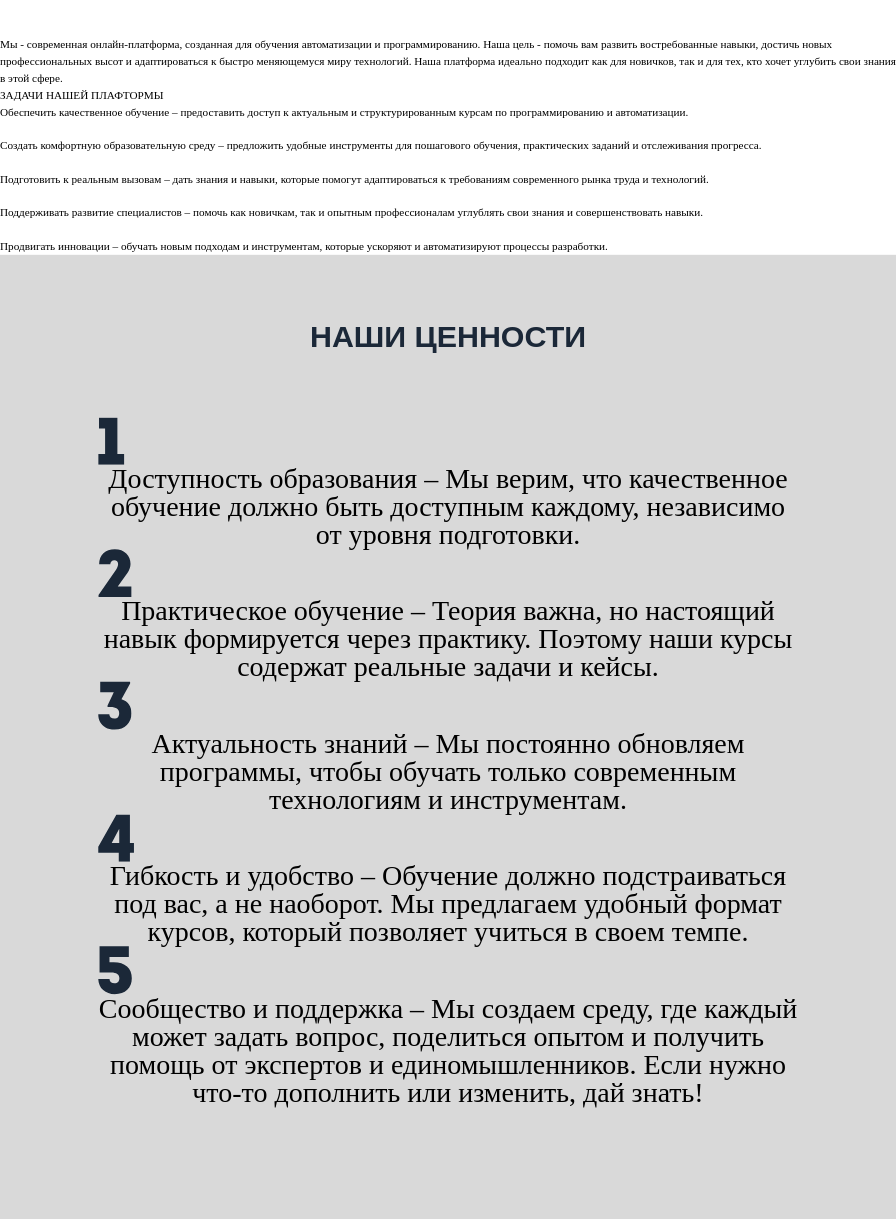
Repository: marjango/course
Page: /aboutus
The author's editor kept a copy of each file at every save. The page is drawn from the files as they stood at one save, then again after the next save.
The browser window is 1280 px wide. The pictures show the part of the page from y = 1280 to 3180 px (the page is 3021 px tall before and 3489 px after), at 70% of full size.
The project was rebuilt for these pictures with package versions that can differ from the ones it lists, and the page was loaded fresh each time. The framework's server and built-in components were replaced by stand-ins that run in the browser. Also part of the build but not shown: next.config.ts.

Above is the page before, as saved 2025-03-26 22:40:57.

### app/layout.tsx
import type { Metadata } from "next";
import "./globals.css";
import './fonts.css';


export const metadata: Metadata = {
  title: "сourse",
  description: "it course",
};

export default function RootLayout({
  children,
}: Readonly<{
  children: React.ReactNode;
}>) {
  return (
    <html lang="en">
      <body

      >
        {children}
      </body>
    </html>
  );
}

### app/aboutus/page.tsx
import React from "react";
import s from "./aboutus.module.css";
import Image from "next/image";
import Link from "next/link";
import i1 from "./img/1.svg";
import i2 from "./img/2.svg";
import i3 from "./img/3.svg";
import i4 from "./img/4.svg";
import i5 from "./img/5.svg";

const aboutus = () => {
  return (
    <>
      <div className={s.aboutus}>
        <div className={s.headerContainer}>
          <Link href="/" className={s.logo}>
            logo
          </Link>

          <Link href="#" className={s.personal}>
            Личный кабинет
          </Link>
        </div>
        <h1>кто мы такие?</h1>
        <p>
          образовательная онлайн-платформа, помогающая <br /> осваивать
          программирование и автоматизацию.
        </p>
      </div>
      <div className={s.goals}>
        <h1>цель и задачи</h1>
        <p>
          Мы - современная онлайн-платформа, созданная для обучения
          автоматизации и программированию. Наша цель - помочь вам развить
          востребованные навыки, достичь новых профессиональных высот и
          адаптироваться к быстро меняющемуся миру технологий. Наша платформа
          идеально подходит как для новичков, так и для тех, кто хочет углубить
          свои знания в этой сфере.
        </p>
        <h3>ЗАДАЧИ НАШЕЙ ПЛАФТОРМЫ</h3>
        <p>
          Обеспечить качественное обучение – предоставить доступ к актуальным и
          структурированным курсам по программированию и автоматизации.
        </p>
        <br />
        <p>
          Создать комфортную образовательную среду – предложить удобные
          инструменты для пошагового обучения, практических заданий и
          отслеживания прогресса.
        </p>
        <br />
        <p>
          Подготовить к реальным вызовам – дать знания и навыки, которые помогут
          адаптироваться к требованиям современного рынка труда и технологий.
        </p>
        <br />
        <p>
          Поддерживать развитие специалистов – помочь как новичкам, так и
          опытным профессионалам углублять свои знания и совершенствовать
          навыки.
        </p>
        <br />
        <p>
          Продвигать инновации – обучать новым подходам и инструментам, которые
          ускоряют и автоматизируют процессы разработки.
        </p>
      </div>
      <div className={s.values}>
        <h1>Наши ценности</h1>
        <div className={s.value}>
          <Image src={i1} alt="1"></Image>
          <p>
            Доступность образования – Мы верим, что качественное обучение должно
            быть доступным каждому, независимо от уровня подготовки.
          </p>
        </div>
        <div className={s.value}>
          <Image src={i2} alt="2"></Image>
          <p>
            Практическое обучение – Теория важна, но настоящий навык формируется
            через практику. Поэтому наши курсы содержат реальные задачи и кейсы.
          </p>
        </div>
        <div className={s.value}>
          <Image src={i3} alt="3"></Image>
          <p>
            Актуальность знаний – Мы постоянно обновляем программы, чтобы
            обучать только современным технологиям и инструментам.
          </p>
        </div>
        <div className={s.value}>
          <Image src={i4} alt="4"></Image>
          <p>
            Гибкость и удобство – Обучение должно подстраиваться под вас, а не
            наоборот. Мы предлагаем удобный формат курсов, который позволяет
            учиться в своем темпе.
          </p>
        </div>
        <div className={s.value}>
          <Image src={i5} alt="5"></Image>
          <p>
            Сообщество и поддержка – Мы создаем среду, где каждый может задать
            вопрос, поделиться опытом и получить помощь от экспертов и
            единомышленников. Если нужно что-то дополнить или изменить, дай
            знать!
          </p>
        </div>
      </div>
    </>
  );
};

export default aboutus;

### app/globals.css
@import "tailwindcss";

* {
  font-family: 'Doloman Pavljenko';
}

h1 {
  font-family: 'Intro Friday', sans-serif;
  font-size: 3.39vw;
  line-height: 1.2;
  color: white;
  font-weight: bold;
  text-transform: uppercase;
}

### app/fonts.css
@font-face {
    font-family: 'Doloman Pavljenko';
    src: url("/public/fonts/DolomanPavljenko.otf") format('otf'),
    url("/public/fonts/DolomanPavljenko.otf") format('otf');
    font-weight: normal;
    font-style: normal;
  }

   @font-face {
     font-family: "Intro Friday";
     src: url("/public/fonts/Intro\ Friday\ Regular.ttf") format("ttf"),
     url("/public/fonts/Intro\ Friday\ Regular.ttf") format("ttf");
     font-weight: normal;
     font-style: normal;
   }

### app/aboutus/aboutus.module.css
.aboutus {
    width: 100%;
    height: 1280px;
    padding: 7.03vw 7.29vw 15.63vw 7.29vw;
    display: flex;
    flex-direction: column;
    align-items: center;
    color: white;
    border-bottom-right-radius: 4.17vw;
    border-bottom-left-radius: 4.17vw;
    background-color: #1B2838;
}

.aboutus::before {
  content: "";
  position: absolute;
  top: 0;
  left: 0;
  width: 100%;
  height: 100%;
  background-image: url(./background.svg);
  background-size: cover;
  background-position: center;
  background-repeat: no-repeat;
  opacity: 0.4;
  z-index: 1;
  pointer-events: none; /* Отключаем события мыши */
}

.headerContainer {
    background: transparent;
    display: flex;
    justify-content: space-between;
    align-items: center;
    width: 100%;
}

.logo {
    padding: 0.52vw 1.35vw;
    background-color: #d9d9d9;
    border: none;
    border-radius: 1.51vw;
    color: #064b9b;
    font-size: 2.08vw;
    line-height: 2.08vw;
    font-weight: 300;
}

.nav {
    margin-left: 17.08vw;
    justify-self: center;
    font-size: 1.82vw;
    font-weight: 300;
    display: flex;
    gap: 3.8vw;
}

.personal {
    margin-left: 5.57vw;
    background-color: #d9d9d9;
    width: 12.66vw;
    height: 3.13vw;
    display: flex;
    justify-content: center;
    align-items: center;
    border: none;
    border-radius: 1.51vw;
    color: black;
    font-size: 1.8vw;
    line-height: 1.8vw;
    font-weight: 300;
}

.aboutus h1{
    margin-top: 395px;
    font-size: 99px;
}
.aboutus p{
    margin-top: 50px;
    font-size: 40px;
    max-width: 1270px;
    text-align: center;
    font-size: 40px;
}

.values {
    background-color: #d9d9d9;
    display: flex;
    flex-direction: column;
    align-items: center;
    padding: 0 140px 160px 140px;
}
.values h1 {
    margin: 90px 0;
    color: #1B2838;
}
.values p{
    font-size: 40px;
    line-height: 40px;
    text-align: center;

}
.values h3{
    margin-top: 125px;
    font-size: 40px;
    margin-bottom: 75px;
    text-decoration: underline;
}

After the next save:
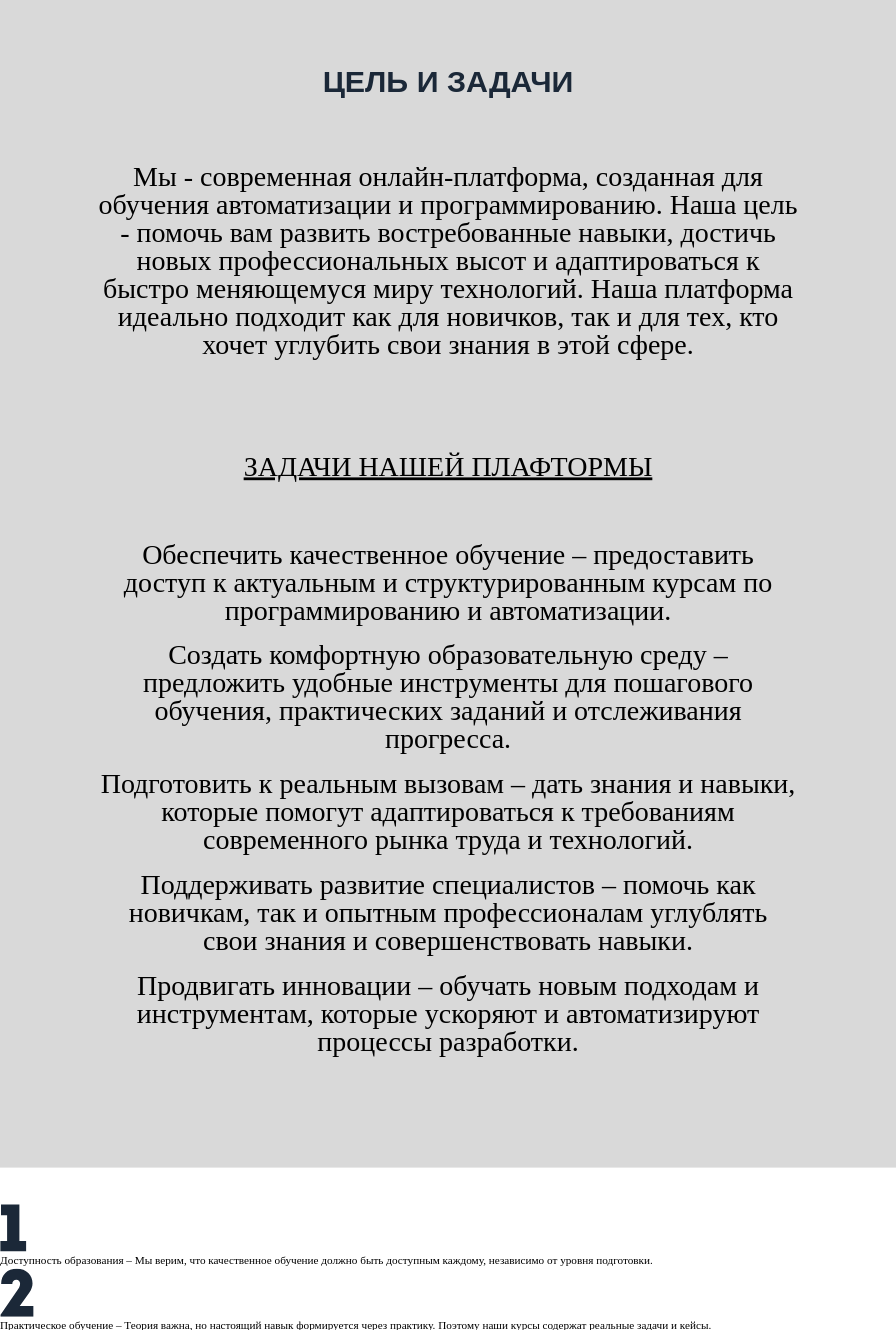
Saved 32 s later.
--- a/app/aboutus/aboutus.module.css
+++ b/app/aboutus/aboutus.module.css
@@ -83,26 +83,30 @@
     font-size: 40px;
 }
 
-.values {
+.goals {
     background-color: #d9d9d9;
     display: flex;
     flex-direction: column;
     align-items: center;
     padding: 0 140px 160px 140px;
 }
-.values h1 {
+.goals h1 {
     margin: 90px 0;
     color: #1B2838;
 }
-.values p{
+.goals p{
     font-size: 40px;
     line-height: 40px;
     text-align: center;
 
 }
-.values h3{
+.goals h3{
     margin-top: 125px;
     font-size: 40px;
     margin-bottom: 75px;
     text-decoration: underline;
 }
+
+.values {
+
+}
